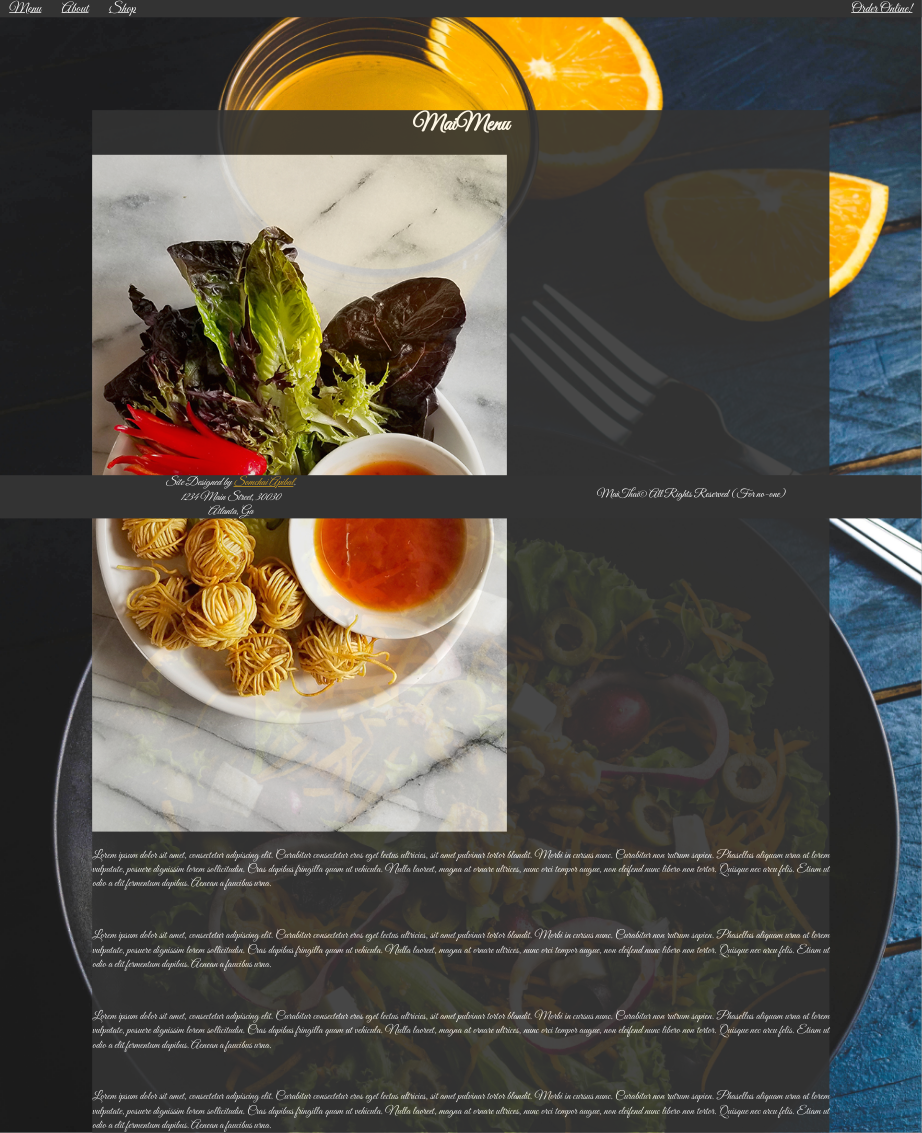
Repository: ElvinSamuel/oneadaywebdev
Page: MaiThai/pages/menu.html
The author's editor kept a record of every edit. The page is drawn from the files as they stood at one moment, then again after the next edit.
The browser window is 1280 px wide. The pictures show the whole page, at 72% of full size.
Backgrounds fixed to the window are drawn as part of the page.

Above is the page before.

After the next edit:
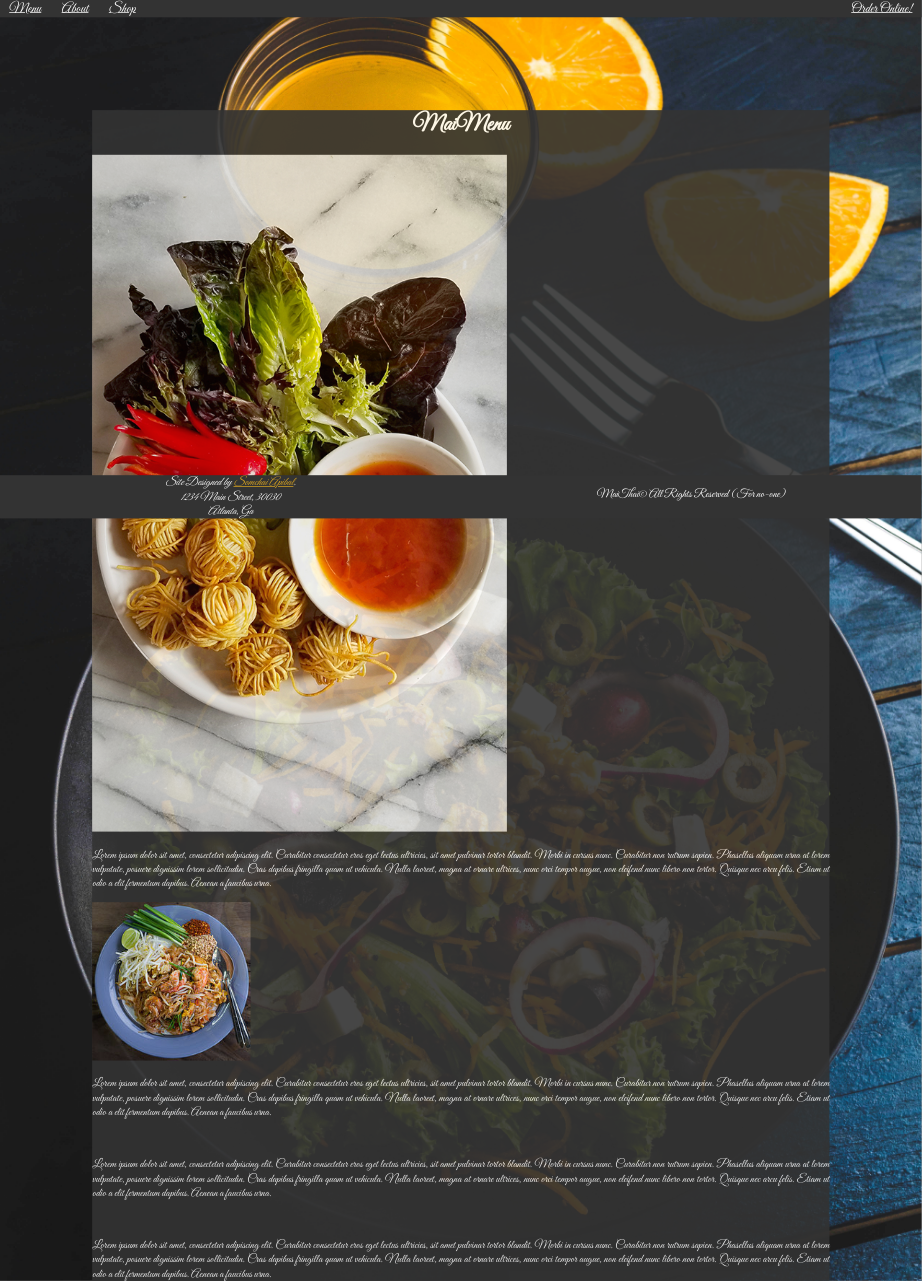
The edit:
--- a/MaiThai/pages/menu.html
+++ b/MaiThai/pages/menu.html
@@ -39,7 +39,7 @@
 
             <div class="menuItem">
                 <div class="menuPic">
-                    <img src=""></img>
+                    <img src="../img/pad_thai.jpg"></img>
                 </div>
 
                 <p>
